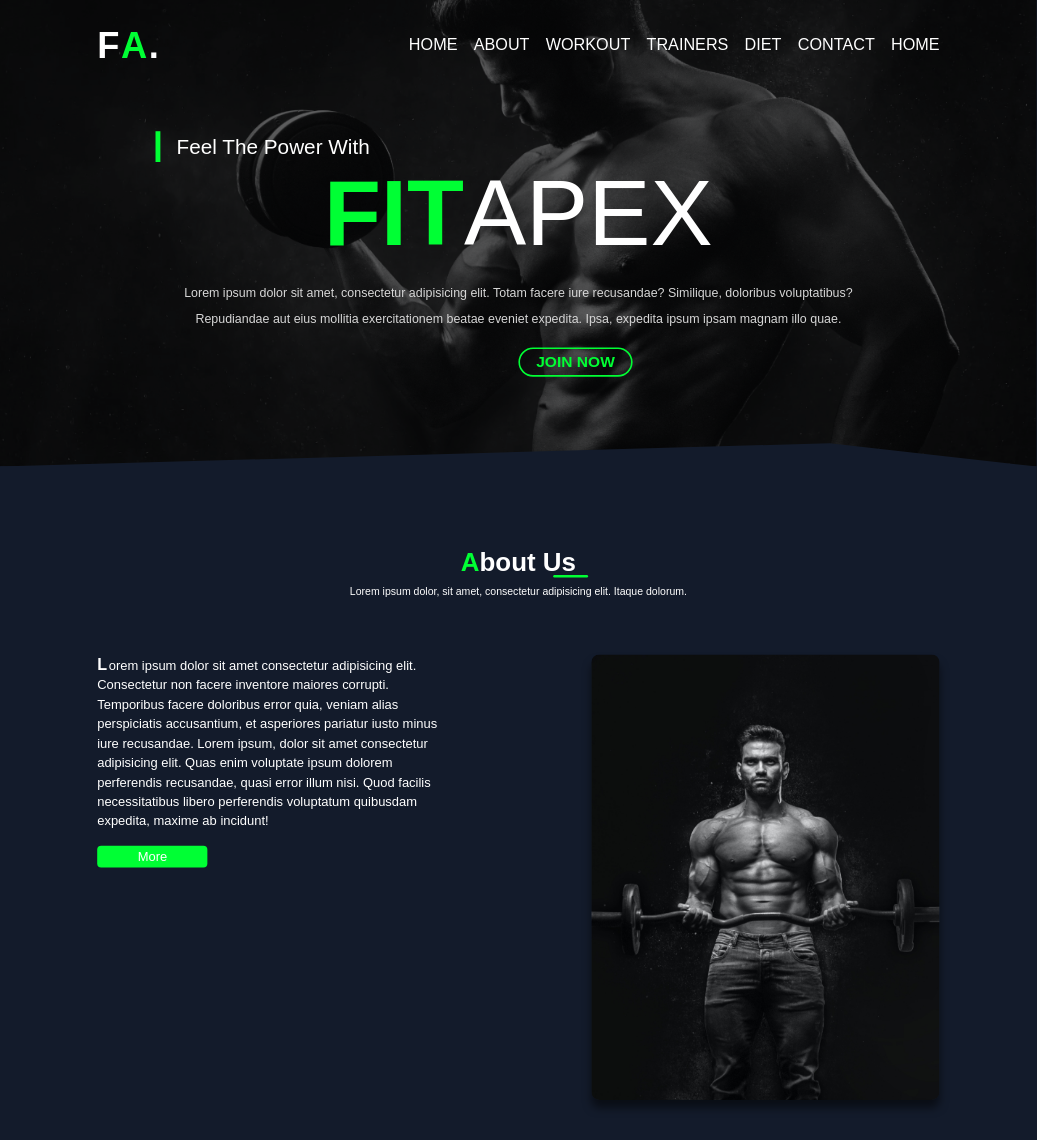
Repository: guilhermecardoso93/fitapex
Page: index.html
These files come from the project's save history. The page is drawn as it stood at one moment and after the next save; the edit follows.
The browser window is 1280 px wide. The pictures show the whole page, at 81% of full size.

Above is the page before, as saved 2023-03-05 21:28:39.

### index.html
<!DOCTYPE html>
<html lang="pr-BR">
  <head>
    <meta charset="UTF-8" />
    <meta http-equiv="X-UA-Compatible" content="IE=edge" />
    <meta name="viewport" content="width=device-width, initial-scale=1.0" />
    <link rel="stylesheet" href="styles.css" />
    <link
      rel="stylesheet"
      href="https://cdnjs.cloudflare.com/ajax/libs/font-awesome/4.7.0/css/font-awesome.css"
    />
    <title>F.A GYM</title>
  </head>
  <body>
    <div class="navbar">
      <a href="#" class="logo">F<b>A</b>.</a>
      <ol>
        <li>
          <a href="#home">home</a>
        </li>
        <li>
          <a href="#about">about</a>
        </li>
        <li>
          <a href="#workout">workout</a>
        </li>
        <li>
          <a href="#trainers">trainers</a>
        </li>
        <li>
          <a href="#diet">diet</a>
        </li>
        <li>
          <a href="#contact">contact</a>
        </li>
        <li>
          <a href="#home">home</a>
        </li>
      </ol>
    </div>
    <section id="home" class="home view">
      <div class="highlights">
        <h3>feel the power with</h3>
        <h1><b>FIT</b>APEX</h1><br>
        <p class="tagline">
          Lorem ipsum dolor sit amet, consectetur adipisicing elit. Totam facere iure recusandae? Similique, doloribus voluptatibus? Repudiandae aut eius mollitia exercitationem beatae eveniet expedita. Ipsa, expedita ipsum ipsam magnam illo quae.
        </p>
        <button class="join">join now</button>
      </div>
      <div class="banner"/>
    </section>

    <section id="about" class="about view">
      <div class="main">
        <h2><span>A</span>bout Us</h2>
        <h6>Lorem ipsum dolor, sit amet, consectetur adipisicing elit. Itaque dolorum.</h6>
      </div>
      <div class="content">
        <div class="cols">
          <p><b>L</b>orem ipsum dolor sit amet consectetur adipisicing elit. Consectetur non facere inventore maiores corrupti. Temporibus facere doloribus error quia, veniam alias perspiciatis accusantium, et asperiores pariatur iusto minus iure recusandae. Lorem ipsum, dolor sit amet consectetur adipisicing elit. Quas enim voluptate ipsum dolorem perferendis recusandae, quasi error illum nisi. Quod facilis necessitatibus libero perferendis voluptatum quibusdam expedita, maxime ab incidunt! </p>
          <a href="#">more</a>
        </div>
        <div class="cols">
          <div class="box">
            <img src="./assets/about.jpg" alt="">
          </div>
        </div>
      </div>
    </section>
  </body>
</html>

### styles.css
@import url("https://fonts.googleapis.com/css2?family=Poppins:wght@400;500&display=swap");

@import "./css/_navbar.css";
@import "./css/_home.css";
@import "./css/_about.css";

* {
  margin: 0;
  padding: 0;
  box-sizing: border-box;
  font-family: "Poppisns", sans-serif;
  outline: none;
  color: #fff;
}

:root {
  --prime: #00ff34;
}

body {
  background-color: #131b2b;
}


.view {
  width: 100%;
  min-height: 80vh;
  position: relative;
}

### css/_navbar.css

.navbar {
  width: 100%;
  display: flex;
  position: fixed;
  padding: 30px 120px;
  background-color: transparent;
  justify-content: space-between;
  z-index: 1111;
  transition: 0.5s ease;
}

.logo {
  font-size: 2.8em;
  font-weight: 800;
  letter-spacing: 2px;
  text-transform: uppercase;
  text-decoration: none;
}

.logo B{
  color: var(--prime);
}

ol {
  display: flex;
  margin: auto 0;
}

ol li {
  list-style: none;
  margin-left: 20px;
}

ol li a {
  font-size: 20px;
  font-weight:500;
  text-transform: uppercase;
  text-decoration: none;
}

ol li:hover a {
  color: var(--prime);
}

### css/_home.css
.home {
  display: flex;
  min-height: 120vh;
  align-items: center;
  justify-content: center;
  clip-path: polygon(0 0, 100% 0, 100% 100%, 80% 95%, 0 100%);
}

.banner {
  height: 100%;
  width: 100%;
  position: absolute;
  background: url("../assets/banner.jpg");
  background-size: cover;
  background-position: center;
  filter: brightness(40%);
}

.highlights {
  width: 70%;
  position: relative;
  display: inline-block;
  z-index: 11;
}

.highlights h3 {
  display: inline;
  font-size: 2vw;
  padding: 5px 20px;
  font-weight: lighter;
  text-transform: capitalize;
  border-left: 6px solid var(--prime);
}

.highlights h1 {
  font-size: 9vw;
  text-align: center;
  font-weight: normal;
}

.highlights b {
  color: var(--prime);
  font-weight: 800;
  font-family: sans-serif;
}

.highlights .tagline {
  color: #d7d7d7;
  font-size: 1.2vw;
  text-align: center;
  font-weight: normal;
  line-height: 32px;
}

.highlights .join {
  position: absolute;
  left: 50%;
  margin-top: 1.2rem;
  padding: 5px 20px;

  transform: tanslateX(-500%);
  font-weight: 800;
  font-size: 1.5vw;
  text-transform: uppercase;

  color: var(--prime);
  border: 2px solid var(--prime);
  border-radius: 50px;
  background: transparent;

  transition: 0.3s ease;
}

.highlights .join:hover {
  color: #fff;
  cursor: pointer;
  letter-spacing: 1.5px;
  background: var(--prime);
}

### css/_about.css
.main {
  width: 100%;
  text-align: center;
  padding-bottom: 20px;
}

.main h2 {
  font-size: 2.5vw;
  position: relative;
  text-align: center;
  padding-top: 100px;
  display: inline-block;
}

span {
  color: var(--prime);
}

.main h2:before {
  position: absolute;
  content: "";
  background: var(--prime);
  height: 3px;
  width: 30%;
  right: -15px;
  bottom: 0;
  border-radius: 50px;
}

.main h6 {
  margin-top: 10px;
  font-size: 13px;
  font-family: sans-serif;
  font-weight: lighter;
}

.content {
  position: relative;
  display: flex;
  width: 100%;
  padding: 0 30px;
  justify-content: center;
  line-height: 1.5em;
}

.about .content .cols {
  position: relative;
  width: 100%;
  height: 100%;
  padding: 50px 90px;
}

.about .content .cols p b {
  font-size: 20px;
  margin-right: 2px;
}

.about .content .cols a {
  position: relative;
  top: 20px;
  color: #fff;
  background-color: var(--prime);
  padding: 5px 50px;
  border-radius: 5px;
  text-decoration: none;
  text-weight: 500;
  text-transform: capitalize;
}

.about .content .cols a:hover {
  color: #000;
  background: #fff;
}

.about .content .cols .box {
  position: relative;
  height: 550px;
  box-shadow: 0 10px 10px rgba(0, 0, 0, 0.5);
  border-radius: 10px;
}

.about .content .cols .box img {
  position: absolute;
  top: 0;
  left: 0;
  height: 100%;
  width: 100%;
  object-fit: cover;
  border-radius: 10px;
}

After the next save:
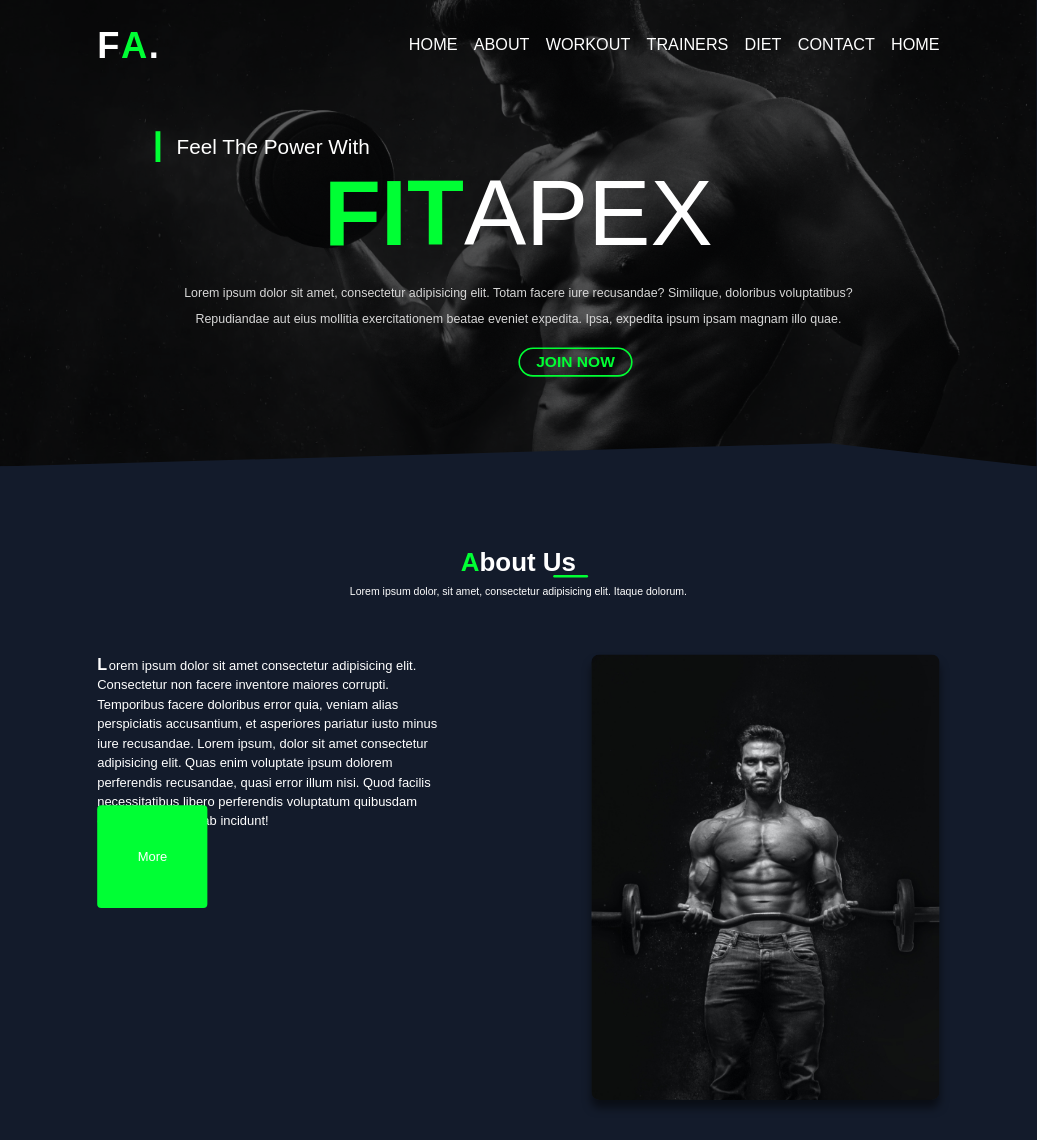
Saved 5 s later.
--- a/css/_about.css
+++ b/css/_about.css
@@ -60,7 +60,7 @@ span {
   top: 20px;
   color: #fff;
   background-color: var(--prime);
-  padding: 5px 50px;
+  padding: 55px 50px;
   border-radius: 5px;
   text-decoration: none;
   text-weight: 500;
